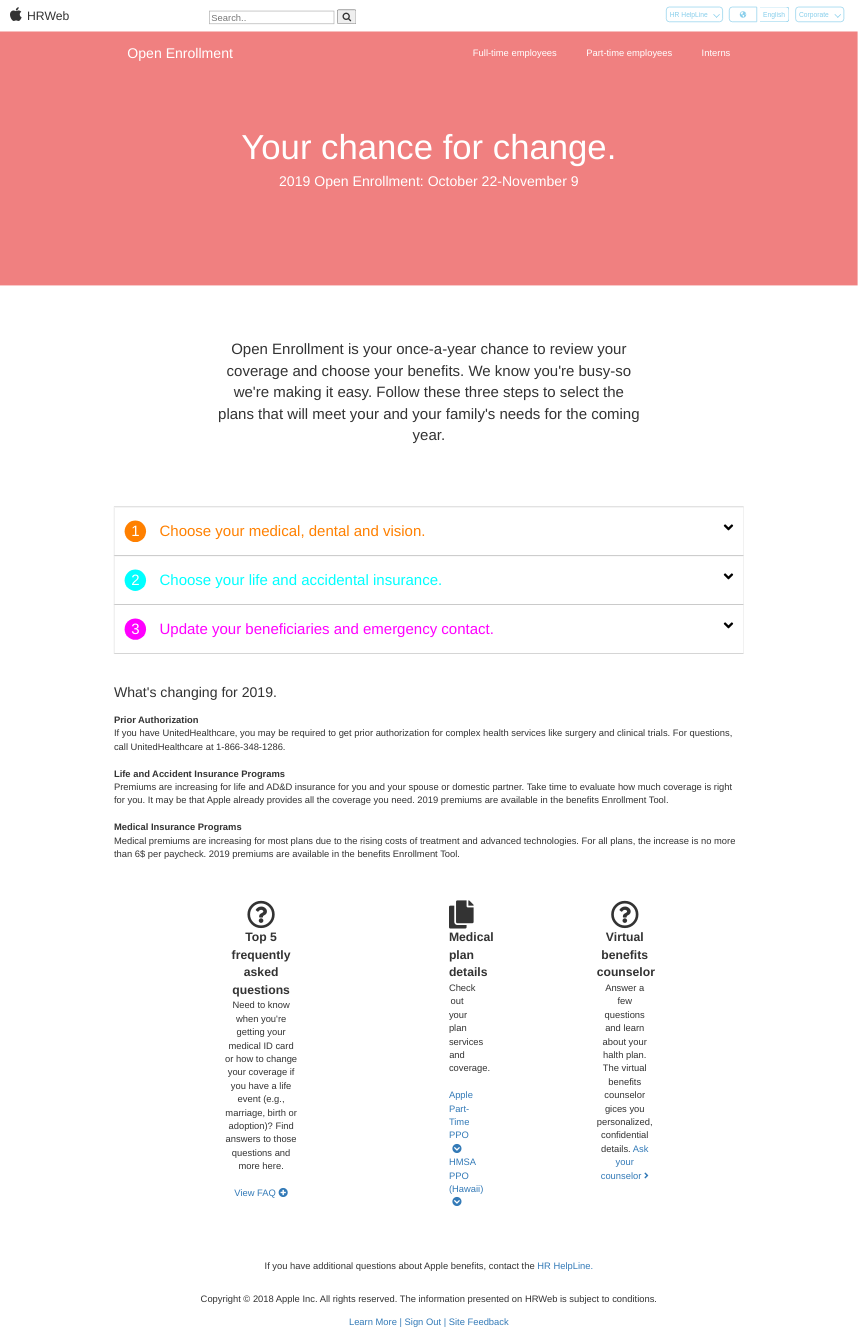
Repository: rmcc0724/templates
Page: index.html
The author's editor kept a record of every edit. The page is drawn from the files as they stood at one moment, then again after the next edit.
The browser window is 1280 px wide. The pictures show the whole page, at 67% of full size.
Some web libraries are served in a nearby version.

Above is the page before.

### index.html
<!DOCTYPE html>
<html lang="en">

<head>
  <meta name="viewport" content="width=device-width, initial-scale=1" <title>
  </title>
  <link rel="stylesheet" href="https://use.fontawesome.com/releases/v5.5.0/css/all.css" integrity="sha384-B4dIYHKNBt8Bc12p+WXckhzcICo0wtJAoU8YZTY5qE0Id1GSseTk6S+L3BlXeVIU" crossorigin="anonymous">
  <link rel="stylesheet" href="https://maxcdn.bootstrapcdn.com/bootstrap/3.3.7/css/bootstrap.min.css">
  <link rel="stylesheet" href="https://cdnjs.cloudflare.com/ajax/libs/font-awesome/4.7.0/css/font-awesome.min.css">
  <script src="https://ajax.googleapis.com/ajax/libs/jquery/3.3.1/jquery.min.js"></script>
  <script src="https://maxcdn.bootstrapcdn.com/bootstrap/3.3.7/js/bootstrap.min.js"></script>
  <script src="https://cdnjs.cloudflare.com/ajax/libs/popper.js/1.14.5/umd/popper.min.js"></script>
  <link rel="stylesheet" href="css/normalize.css">
  <link rel="stylesheet" href="css/style.css">
  <link rel="stylesheet" href="css/responsive.css">
</head>

<body>

  <div id="top-items">
    <p><i class="fab fa-apple fa-x3"></i>HRWeb</p>
    <div class="searchForm example">
      <input type="text" placeholder="Search.." name="search">
      <button type="submit"><i class="fa fa-search"></i></button>
    </div>

    <div class="dropdownItems">
      <div class="dropdown">
        <button class="dropbtn">HR HelpLine<i class="arrow down"></i></button>
        <div id="myDropdown" class="dropdown-content">
          <a href="#hrhelpline">1800-HR</a>
        </div>
      </div>
      <div class="dropdown earth">
        <button class="dropbtn"><i class="fas fa-globe-americas"></i></button>
        <div id="myDropdown" class="dropdown-content">
        </div>
      </div>
      <div class="dropdown">
        <button class="dropbtn eng">English</button>
        <div id="myDropdown" class="dropdown-content">
          <a href="#hrhelpline">English</a>
        </div>
      </div>


      <div class="dropdown">
        <button class="dropbtn">Corporate<i class="arrow down"></i></button>
        <div id="myDropdown" class="dropdown-content">
          <a href="#hrhelpline">Corporate</a>

        </div>
      </div>


    </div>


  </div>

  <header>
    <div class="nav-links">
      <h3>Open Enrollment</h3>
      <nav>
        <ul>
          <li><a href="#">Full-time employees</a></li>
          <li><a href="#">Part-time employees</a></li>
          <li><a href="#">Interns</a></li>
        </ul>
      </nav>
    </div>
    <div class="change">
      <h1 class="text-center">Your chance for change.</h1>
      <h4 class="text-center">2019 Open Enrollment: October 22-November 9</h4>
    </div>


  </header>
  <div class="container">
    <div class="chance">

      <p>Open Enrollment is your once-a-year chance to review your coverage and choose your benefits. We know you're busy-so we're making it easy. Follow these three steps to select the plans that will meet your and your family's needs for the coming year.</p>

      <!----Here I used the bootstrap accordion function -->

      <div class="panel-group" id="accordion">
        <div class="panel panel-default panel_1">
          <div class="panel-heading">
            <h4 class="panel-title">
              <a data-toggle="collapse" data-parent="#accordion" href="#collapse1"><span class="nums num1">1 </span><span>Choose your medical, dental and vision.</span><i class="fas fa-angle-down"></i></a>
            </h4>
          </div>
          <div id="collapse1" class="panel-collapse collapse">
            <div class="panel-body">Medical, dental, and vision info here.</div>
          </div>
        </div>
        <div class="panel panel-default panel_2">
          <div class="panel-heading">
            <h4 class="panel-title">
              <a data-toggle="collapse" data-parent="#accordion" href="#collapse2"><span class="nums num2">2 </span><span>Choose your life and accidental insurance.</span><i class="fas fa-angle-down"></i></a>
            </h4>
          </div>
          <div id="collapse2" class="panel-collapse collapse">
            <div class="panel-body">Life and accidental insurance info here.</div>
          </div>
        </div>
        <div class="panel panel-default panel_3">
          <div class="panel-heading">
            <h4 class="panel-title">
              <a data-toggle="collapse" data-parent="#accordion" href="#collapse3"><span class="nums num3">3 </span><span>Update your beneficiaries and emergency contact.</span><i class="fas fa-angle-down"></i></a>
            </h4>
          </div>
          <div id="collapse3" class="panel-collapse collapse">
            <div class="panel-body">Beneficiaries and emergency contact info here.</div>
          </div>
        </div>
      </div>
    </div>
    <div class="changing">
      <h3>What's changing for 2019.</h3>
      <p><strong>Prior Authorization</strong><br/> If you have UnitedHealthcare, you may be required to get prior authorization for complex health services like surgery and clinical trials. For questions, call UnitedHealthcare at 1-866-348-1286.</p>

      <p><strong>Life and Accident Insurance Programs</strong><br/> Premiums are increasing for life and AD&D insurance for you and your spouse or domestic partner. Take time to evaluate how much coverage is right for you. It may be that Apple already provides
        all the coverage you need. 2019 premiums are available in the benefits Enrollment Tool.</p>

      <p><strong>Medical Insurance Programs</strong><br/> Medical premiums are increasing for most plans due to the rising costs of treatment and advanced technologies. For all plans, the increase is no more than 6$ per paycheck. 2019 premiums are available
        in the benefits Enrollment Tool.
      </p>
    </div>





    <div class="bottom">

      <div class="faq">
        <p><i class="far fa-question-circle fa-3x"></i></p>
        <p class=bottom-title><strong>Top 5 frequently<br />asked questions</strong></p>
          <p>Need to know when you're getting your medical ID card or how to change your coverage if you have a life event (e.g., marriage, birth or adoption)? Find answers to those questions and more here.
          <br/><br/>
          <a href="#">View FAQ <i class="fas fa-plus-circle "></i></a>
        </p>
      </div>
      <div class="faq">
        <p><i class="fas fa-copy fa-3x"></i></p>
        <p class=bottom-title><strong>Medical plan <br/>details</strong></p>
        <p>Check out your plan services and coverage.<br/><br/>
        <a href="#">Apple Part-Time PPO <i class="fas fa-chevron-circle-down"></i></a><br>
        <a href="#">HMSA PPO (Hawaii) <i class="fas fa-chevron-circle-down"></i></a>
        </p>
      </div>

      <div class="faq">
        <p><i class="far fa-question-circle fa-3x"></i></p>
        <p class=bottom-title> <strong>Virtual benefits<br/>counselor</strong></p>
        <p>Answer a few questions and learn about your halth plan. The virtual benefits counselor gices you personalized, confidential details.
          <a href="#">Ask your counselor <i class="fas fa-angle-right"></i></a>
        </p>
      </div>



    </div>



    <footer>
      <p class="text-center questions">If you have additional questions about Apple benefits, contact the <a ref="#">HR HelpLine.</a></p>
      <p>Copyright &#169; 2018 Apple Inc. All rights reserved. The information presented on HRWeb is subject to conditions.</p>
      <ul>
        <li><a href="#">Learn More |</a></li>
        <li><a href="#"> Sign Out |</a></li>
        <li><a href="#"> Site Feedback</a></li>
      </ul>
    </footer>
  </div>
</body>



</html>

### css/style.css
body {
    margin: 0 auto;
}

a:hover {
    text-decoration: none;
}

.container {
    max-width: 970px;
    padding-top: 0px;
}

/************************************************/

/*    Header:       */

/************************************************/

header {
    background-color: lightcoral;
    padding-top: 10px;
    padding-bottom: 15px;
}

nav ul li {
    display: block;
}


h3 {
    margin: 10px 0 20px;
    font-size: 1.5em;
}

h4 {
    font-size: 1em;
    margin: 1em 0;
}

#top-items,
#top,
ul {
    text-align: center;
}

ul li {
    list-style: none;
}


ul {
    padding-left: 0 !important;
}

h1 {
    font-size: 1.9em;
}


.nav-links h3,
.nav-links nav a {
    color: #fff;
}

header,
.nav-links nav a {
    color: white;
    margin-top: 15px;
}

#top-items p {
    margin: 15px 0 10px;
    font-size: 20pt;
}




.example input {
    border-style: solid;
    border-width: 1pt;
    border-color: #afafaf;
}



.changing {
    margin-top: 25px;
}

.dropdown {
    float: right;
    position: relative;
    display: inline-block;
}

.dropdown a:hover {
    background-color: #ddd;
}

.show {
    display: block;
}


.dropdown.earth button {
    margin-right: 0;
    border-bottom-right-radius: 0;
    border-top-right-radius: 0;
}

.dropbtn i.fas.fa-globe-americas {
    border: none;
    display: inline-block;
    padding: 0;
    margin-right: 10px;
}

.dropbtn.eng {
    border-bottom-left-radius: 0;
    border-top-left-radius: 0;
    border-left: 0;
}


.example button {
    vertical-align: baseline;
}



.searchForm {
    display: inline;
}


.change h4 {
    margin: 5px 15px;
}

.change h1 {
    margin: 10px 15px;
}

i.fab.fa-apple {
    margin-right: 8px;
    font-size: 1.3em;
}

/************************************************/

/*    Body:       */

/************************************************/

.chance {
    margin: 0 auto;
    margin-top: 15px;
}


.chance p {
    text-align: center;
    max-width: 700px;
    margin: 0px auto 15px;
}

.dropdown {
    float: initial;
    position: relative;
    display: inline-block;
}


.dropbtn {
    background-color: #fff;
    color: skyblue;
    padding: 5px;
    font-size: 10px;
    border: none;
    cursor: pointer;
    border-style: solid;
    border-radius: 5px;
    border-width: thin;
    margin-top: 15px;
}

.dropbtn:hover,
.dropbtn:focus {
    background-color: #fff;
}



.dropdown-content {
    display: none;
    position: absolute;
    background-color: #f1f1f1;
    min-width: 160px;
    overflow: auto;
    box-shadow: 0px 8px 16px 0px rgba(0, 0, 0, 0.2);
    right: 0;
    z-index: 1;
}

.dropdown-content a {
    color: black;
    padding: 12px 16px;
    text-decoration: none;
    display: block;
}

.dropdown i {
    border: solid skyblue;
    border-width: 0 1px 1px 0;
    display: inline-block;
    padding: 3px;
    margin-left: 10px;
}

.right {
    transform: rotate(-45deg);
    -webkit-transform: rotate(-45deg);
}

.left {
    transform: rotate(135deg);
    -webkit-transform: rotate(135deg);
}

.up {
    transform: rotate(-135deg);
    -webkit-transform: rotate(-135deg);
}

.down {
    transform: rotate(45deg);
    -webkit-transform: rotate(45deg);
}

.bottom {
    display: block;
    margin: 25px 0 35px;
}


.bottom strong {
    font-size: 1.3em;
}


.bottom p,
.text-center.questions {
    margin-bottom: 0;
    text-align: center;
}

.bottom-desk,
i.fas.fa-angle-down {
    display: none;
}

.bottom-mobile {
display: block;
}


.fas.fa-globe-americas {
    border: solid white;
    border-width: 0 1px 1px 0;
    display: inline-block;
    margin-right: 10px;
}

.panel-title a,
.panel-title a:hover {
    text-decoration: none;
}

.panel-title {
    font-size: .9em;
}


#accordion i.fas.fa-chevron-circle-down {
    display: none;
}

.nums {
    margin-right: 5px;
}

#accordion {
    margin: 0 auto;
}


.faq {
    margin-bottom: 20px;
    padding: 0 30px;
}

p.text-center.questions {
    margin-bottom: 30px;
}

p.bottom-link {
    margin-top: 10px;
}

/************************************************/

/*    Footer:       */

/************************************************/

footer li {
    display: inline-block;
}

footer p,
header h3 {
    text-align: center;
}


footer {
    margin-top: 0px;
}

### css/responsive.css
/************************************************/

/*    Header:       */

/************************************************/

@media screen and (min-width: 768px) {
    nav ul li {
        display: inline;
    }

    nav ul {
        float: right;
    }

    header {
        margin-top: 0;
        background-color: lightcoral;
        padding-top: 20px;
        padding-bottom: 140px;
    }

    header ul li {
        margin-left: 40px;
    }

    header h3,
    nav {
        display: inline;
    }


    h1 {
        font-size: 2.7em;
    }

    .nav-links {
        max-width: 940px;
        margin: 0 auto;
        padding: 0 20px;
    }

    #top-items {
        text-align: initial;
        padding: 10px 15px;
    }


    #top-items p,
    #top-items .example {
        display: inline-block;
    }

    .change {
        padding-top: 90px;
    }
    .dropdownItems {
        float: right;
    }

    #top-items p {
        margin: 0px;
        font-size: 1.3em;
    }


    .searchForm.example {
        text-align: right;
        width: 30%;
        margin-left: 4%;
        /* margin-bottom: 5px; */
    }

    .nav-links ul {
        margin: 1px 0 0;
    }

    .dropbtn {
        margin-top: 0px;
    }

    /************************************************/
    /*    Body:       */
    /************************************************/
    .dropdown {
        position: relative;
        display: inline-block;
    }

    .bottom p {
        width: 28.33%;
        margin: 0 auto;
    }


    .bottom {
        margin: 40px 0 55px;
        display: -webkit-inline-flex;
    }

    .bottom-desk {

        display: -webkit-inline-flex;
        display: none;
    }

    .bottom-mobile {
        display: -webkit-inline-flex;
    }

    button.dropbtn {
        margin-right: 5px;
    }


    .chance p {
        margin: 0px auto 90px;
        text-align: center;
        font-size: 1.6em;
        max-width: 635px;
    }
    .chance {
        margin: 0 auto;
        margin-top: 80px;
    }

    h4 {
        font-size: 1.5em;
    }

    .changing {
        margin-top: 45px;
    }
    .changing p {
        margin: 0 0 20px;
    }


    .panel-heading {
        padding: 20px 15px;
        border-bottom: 1px solid transparent;
        border-top-left-radius: 3px;
        border-top-right-radius: 3px;
    }

    .panel-default>.panel-heading {
        background-color: #fff;
    }

    .panel-default {
        border-color: #fff;
    }

    .panel {
        margin-bottom: 20px;
        background-color: #c3c3c3;
        border: 1px solid transparent;
        -webkit-box-shadow: 0 1px 1px rgba(0, 0, 0, .05);
        box-shadow: 0 0px 0px rgba(0, 0, 0, .05);
        border-left-color: #fff;
        border-right-color: #fff;
        border-bottom-left-radius: 0 !important;
        border-top-left-radius: 0 !important;
        border-bottom-right-radius: 0 !important;
        border-top-right-radius: 0 !important;
    }
    .panel-title {
        margin-top: 0;
        margin-bottom: 0;
        font-size: 1.6em;
        color: #fff;
    }
    .panel-group .panel-heading+.panel-collapse>.list-group,
    .panel-group .panel-heading+.panel-collapse>.panel-body {
        border-top: 0px solid #ddd;
    }


    .panel-default>.panel-heading {
        color: #333;
        border-color: #ddd;
        border-bottom-left-radius: 0 !important;
        border-top-left-radius: 0 !important;
        border-bottom-right-radius: 0 !important;
        border-top-right-radius: 0 !important;
    }

    .panel-group .panel+.panel {
        margin-top: -1px;
    }

    .panel-collapse {
        background-color: #fff;
    }
    .nums {
        height: 32px;
        width: 32px;
        border-radius: 50%;
        display: inline-block;
        padding-left: 10px;
        padding-top: 3.5px;
        color: #fff;
        margin-right: 20px;
    }

    .num1 {
        background-color: #ff8000;
    }

    .num2 {
        background-color: #00ffff;
    }

    .num3 {
        background-color: #ff00ff;
    }

    .panel_1 h4 {
        color: #ff8000;
    }

    .panel_2 h4 {
        color: #00ffff;
    }

    .panel_3 h4 {
        color: #ff00ff;
    }

    #accordion i.fas.fa-chevron-circle-down {
        display: inline;
        float: right;
    }

    i.fas.fa-angle-down {
        float: right;
        color: #000;
    }

    i.fas.fa-angle-down {
        display: -webkit-inline-box;
    }

}

@media screen and (min-width: 950px) {
    h1 {
        font-size: 3.7em;
    }
}

Loaded but not shown: css/normalize.css (library)

After the next edit:
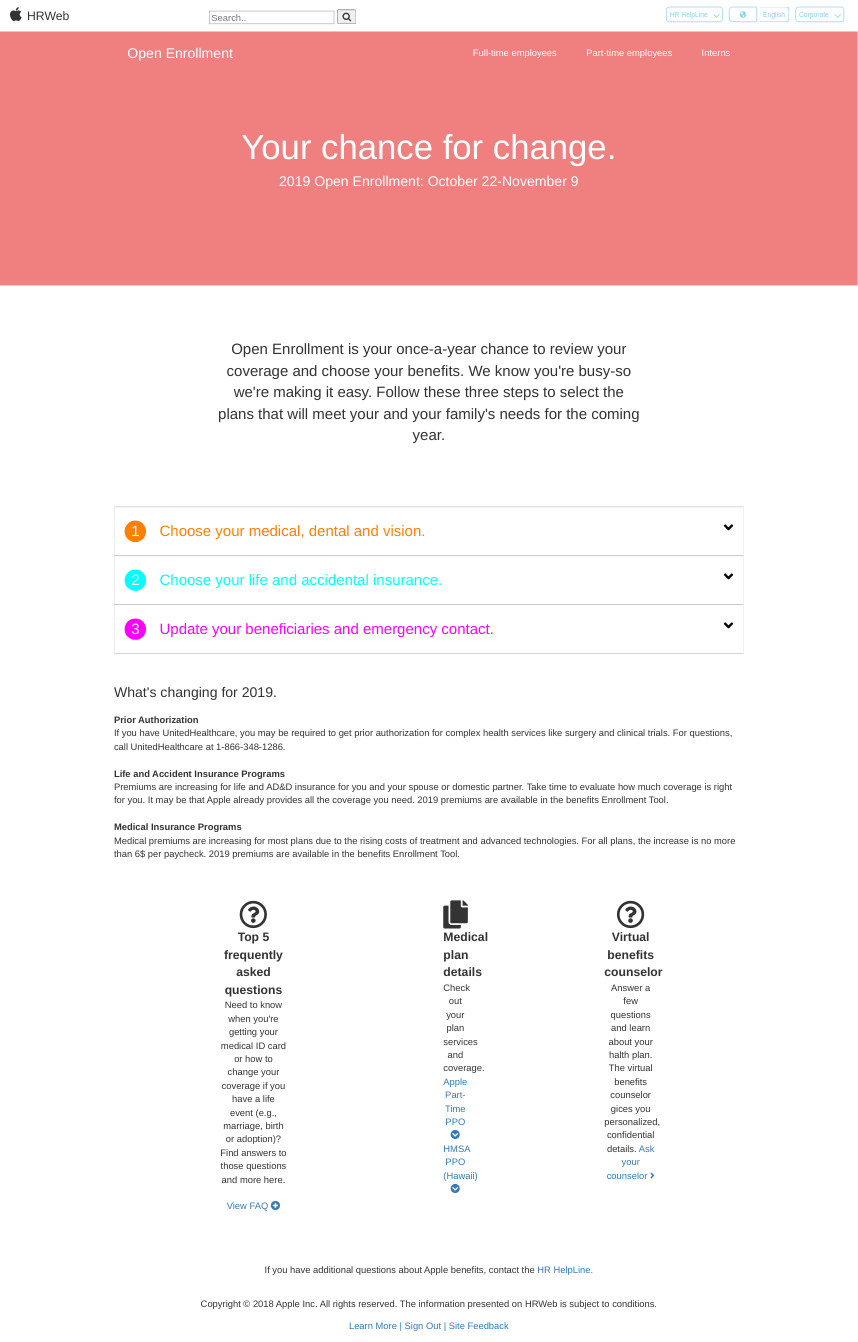
The edit:
--- a/index.html
+++ b/index.html
@@ -145,7 +145,7 @@
       <div class="faq">
         <p><i class="fas fa-copy fa-3x"></i></p>
         <p class=bottom-title><strong>Medical plan <br/>details</strong></p>
-        <p>Check out your plan services and coverage.<br/><br/>
+        <p>Check out your plan services and coverage.
         <a href="#">Apple Part-Time PPO <i class="fas fa-chevron-circle-down"></i></a><br>
         <a href="#">HMSA PPO (Hawaii) <i class="fas fa-chevron-circle-down"></i></a>
         </p>
